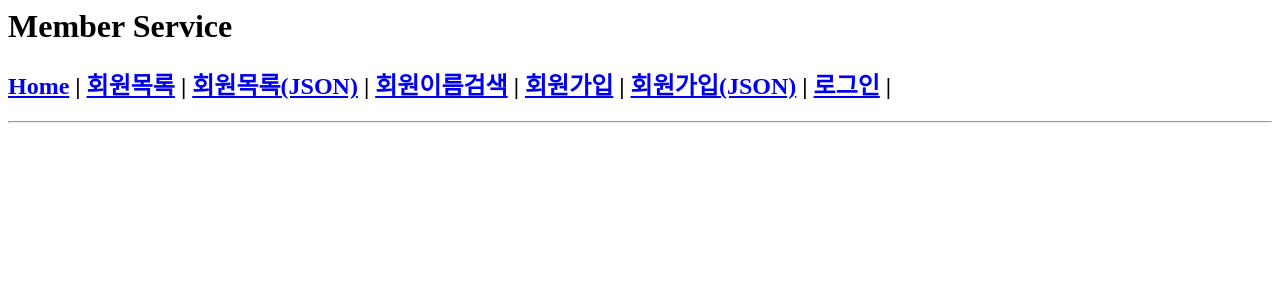
Repository: siucrystal/siuproject
Page: http://localhost/mini_project/topmenu.jsp
These files come from the project's save history. The page is drawn as it stood at one moment and after the next save; the edit follows.
The browser window is 1280 px wide. The pictures show the whole page.
The page is served by Tomcat 9.

Above is the page before, as saved 2023-09-20 06:10:15.

After the next save:
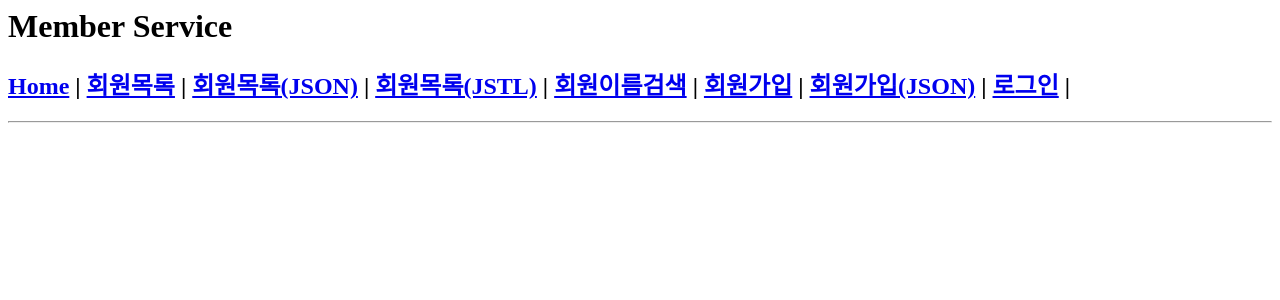
Saved 48 min 45 s later.
--- a/jspws/mini_project/src/main/webapp/topmenu.jsp
+++ b/jspws/mini_project/src/main/webapp/topmenu.jsp
@@ -21,6 +21,7 @@
 <a href="index.do">Home</a> |
 <a href="memberList.do">회원목록</a> |
 <a href="memberListJson.do">회원목록(JSON)</a> |
+<a href="memberListJstl.jsp">회원목록(JSTL)</a> |
 <a href="searchJson.jsp">회원이름검색</a> |
 
 <% if (session.getAttribute("id") == null) { %>
